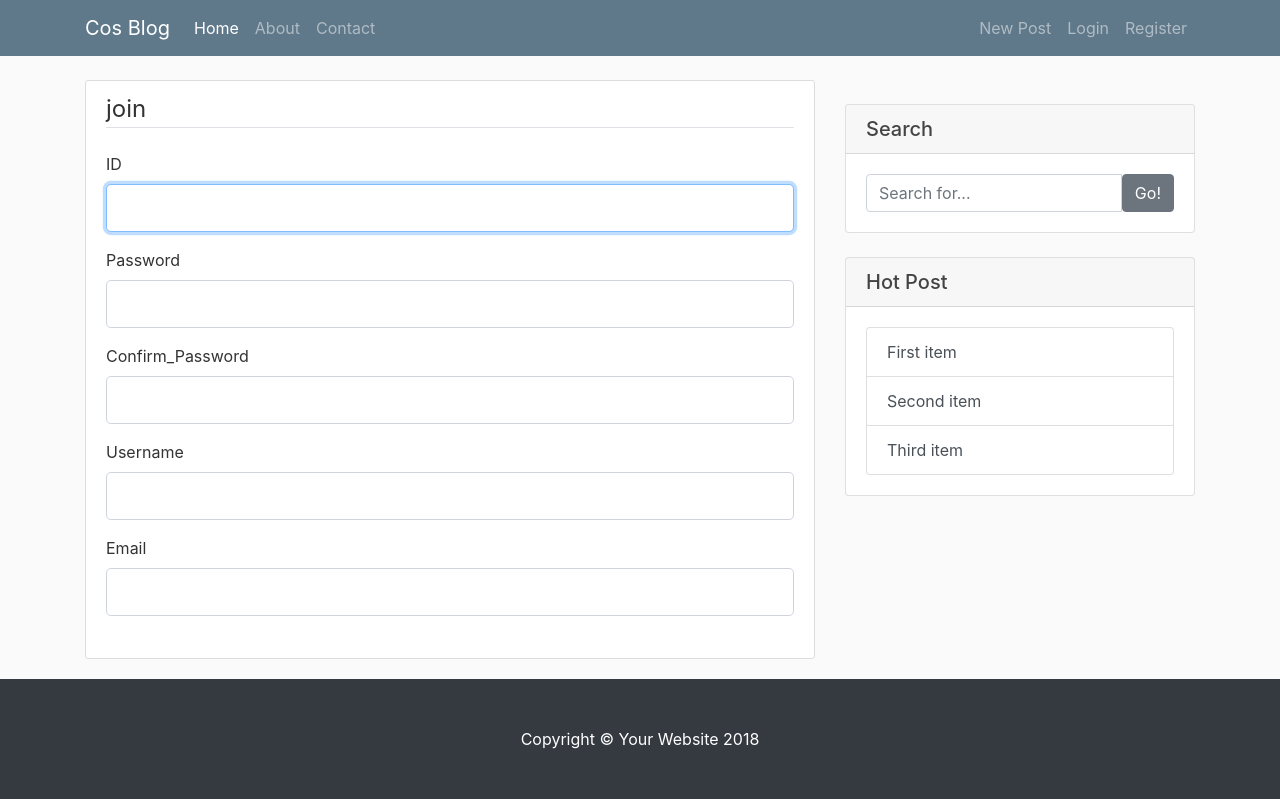
Repository: DogyeKing/blog
Page: http://localhost/blog/member/joinForm.jsp
An editor plug-in stored every save of this project. The page is shown before and after the next save, followed by the edit.
The browser window is 1280 px wide. The pictures show the whole page.
The page is served by Tomcat 9. Other server files are loaded and not shown.

Above is the page before, as saved 2018-08-02 06:19:05.

### blog/blog/WebContent/member/joinForm.jsp
<%@ page language="java" contentType="text/html; charset=UTF-8"
    pageEncoding="UTF-8"%>

<!DOCTYPE html>
<head>

  <meta charset="utf-8">
  <meta name="viewport" content="width=device-width, initial-scale=1, shrink-to-fit=no">
  <meta name="description" content="">
  <meta name="author" content="">

  <title>Cos Blog</title>

  <!-- Bootstrap core CSS -->
  <link href="<%=request.getContextPath()%>/css/bootstrap.css" rel="stylesheet">
  <!-- Bootstrap core JavaScript -->
  <script src="<%=request.getContextPath()%>/js/jquery.min.js"></script>
  <script src="<%=request.getContextPath()%>/js/bootstrap.bundle.min.js"></script>

  <!-- Custom styles for this template -->
  <link href="<%=request.getContextPath()%>/css/blog-home.css" rel="stylesheet">

</head>

<body>
	<!-- Nav Include -->
	<jsp:include page="/include/navigation.jsp"/>

<!-- Page Content -->
<div class="container">
  <div class="row">
    <!-- Blog Entries Column -->
<div class="col-md-8">
	<div class="content-section">
	<form method="POST" action="#">
		<fieldset class="form-group">
			<legend class="border-bottom mb-4">join</legend>
			<div class="form-group">
  			<label class="form-control-label">ID</label>
		  	<input class="form-control form-control-lg" type="text" name="id" maxlength="20" required autofocus>
			</div>

			<div class="form-group">
				<label class="form-control-label">Password</label>
				<input class="form-control form-control-lg" type="password" name="password" maxlength="20" required>
			</div>

			<div class="form-group">
				<label class="form-control-label">Confirm_Password</label>
				<input class="form-control form-control-lg" type="password" name="confirm" maxlength="20" required>
			</div>

			<div class="form-group">
				<label class="form-control-label">Username</label>
				<input class="form-control form-control-lg" type="text" name="username" maxlength="20" required>
			</div>

			<div class="form-group">
				<label class="form-control-label">Email</label>
				<input class="form-control form-control-lg" type="email" name="email" maxlength="20" required>
			</div>

		</fieldset>
	</form>
	</div>
</div>

<!--  SideBar Include -->
	<jsp:include page="../include/sidebar.jsp"/>

<!-- Sidebar Widgets Column -->


</div>
<!-- /.row -->

</div>
<!-- /.container -->

<!-- Footer -->
<footer class="py-5 bg-dark">
  <div class="container">
    <p class="m-0 text-center text-white">Copyright &copy; Your Website 2018</p>
  </div>
  <!-- /.container -->
</footer>

</body>

</html>

### blog/blog/WebContent/include/navigation.jsp
<%@ page language="java" contentType="text/html; charset=UTF-8"
    pageEncoding="UTF-8"%>
<!DOCTYPE html>
  <!-- Navigation -->
 <nav class="navbar navbar-expand-lg navbar-dark bg-steel fixed-top">
   <div class="container">
     <a class="navbar-brand" href="<%=request.getContextPath()%>/main.jsp">Cos Blog</a>
     <button class="navbar-toggler" type="button" data-toggle="collapse" data-target="#navbarResponsive" aria-controls="navbarResponsive" aria-expanded="false" aria-label="Toggle navigation">
       <span class="navbar-toggler-icon"></span>
     </button>
     <div class="collapse navbar-collapse" id="navbarResponsive">
       <div class="navbar-nav">
           <a class="nav-item active nav-link mr-auto" href="#">Home
             <span class="sr-only">(current)</span>
           </a>
           <a class="nav-item nav-link" href="#">About</a>
              <a class="nav-item nav-link" href="#">Contact</a>
       </div>
       <div class="navbar-nav ml-auto">
           <a class="nav-item nav-link" href="#">New Post</a>
           <a class="nav-item nav-link" href="<%=request.getContextPath()%>/member/loginForm.jsp">Login</a>
           <a class="nav-item nav-link" href="<%=request.getContextPath()%>/member/joinForm.jsp">Register</a>
       </div>
     </div>
   </div>
</nav>

### blog/blog/WebContent/include/sidebar.jsp
<%@ page language="java" contentType="text/html; charset=UTF-8"
    pageEncoding="UTF-8"%>
<div class="col-md-4">
  <!-- Search Widget -->
<div class="card my-4">
 <h5 class="card-header">Search</h5>
 <div class="card-body">
   <div class="input-group">
     <input type="text" class="form-control" placeholder="Search for...">
     <span class="input-group-btn">
       <button class="btn btn-secondary" type="button">Go!</button>
     </span>
   </div>
 </div>
</div>

<!-- Categories Widget -->
  <div class="card my-4">
    <h5 class="card-header">Hot Post</h5>
    <div class="card-body">
      <div class="list-group">
        <a href="#" class="list-group-item list-group-item-action">First item</a>
        <a href="#" class="list-group-item list-group-item-action">Second item</a>
        <a href="#" class="list-group-item list-group-item-action">Third item</a>
      </div>
    </div>
  </div>
</div>

### blog/blog/WebContent/css/blog-home.css
body {
	background: #fafafa;
	color: #333333;
	margin-top: 5rem;
}

h1,h2,h3,h4,h5,h6 {
	color: #444444;
}

.bg-steel {
	background-color: #5f788a;
}

.site-header .navbar-nav .nav-link {
	color: #cbd5db;
}

.site-header .navbar-nav .nav-link:hover {
	color: #ffffff;
}

.content-section {
	background: #ffffff;
	padding: 10px 20px;
	border: 1px solid #dddddd;
	border-radius: 3px;
	margin-bottom: 20px;
}

.article-title {
	color: #444444;
}

a.article-title:hover {
	color: #428bca;
	text-decoration: none;
}

.article-content {
	white-space: pre-line;
}

.article-img {
	height: 65px
	width: 65px;
	margin-right: 16px;
}

.article-metadata {
	padding-bottom: 1px;
	margin-bottom: 4px
	border-bottom: 1px solid #e3e3e3;
}

.article-metadata a:hover {
	color: #333;
	text-decoration: none;
}

.article-svg {
	width: 25px;
	height: 25px;
	vertical-align: middle;
}

.account-img {
	height: 125px;
	width: 125px;
	margin-right: 20px;
	margin-bottom: 16px;
}

.account-heading {
	font-size: 2.5rem;
}

Loaded but not shown: blog/blog/WebContent/css/bootstrap.css (library); blog/blog/WebContent/js/jquery.min.js (library); blog/blog/WebContent/js/bootstrap.bundle.min.js (library)

After the next save:
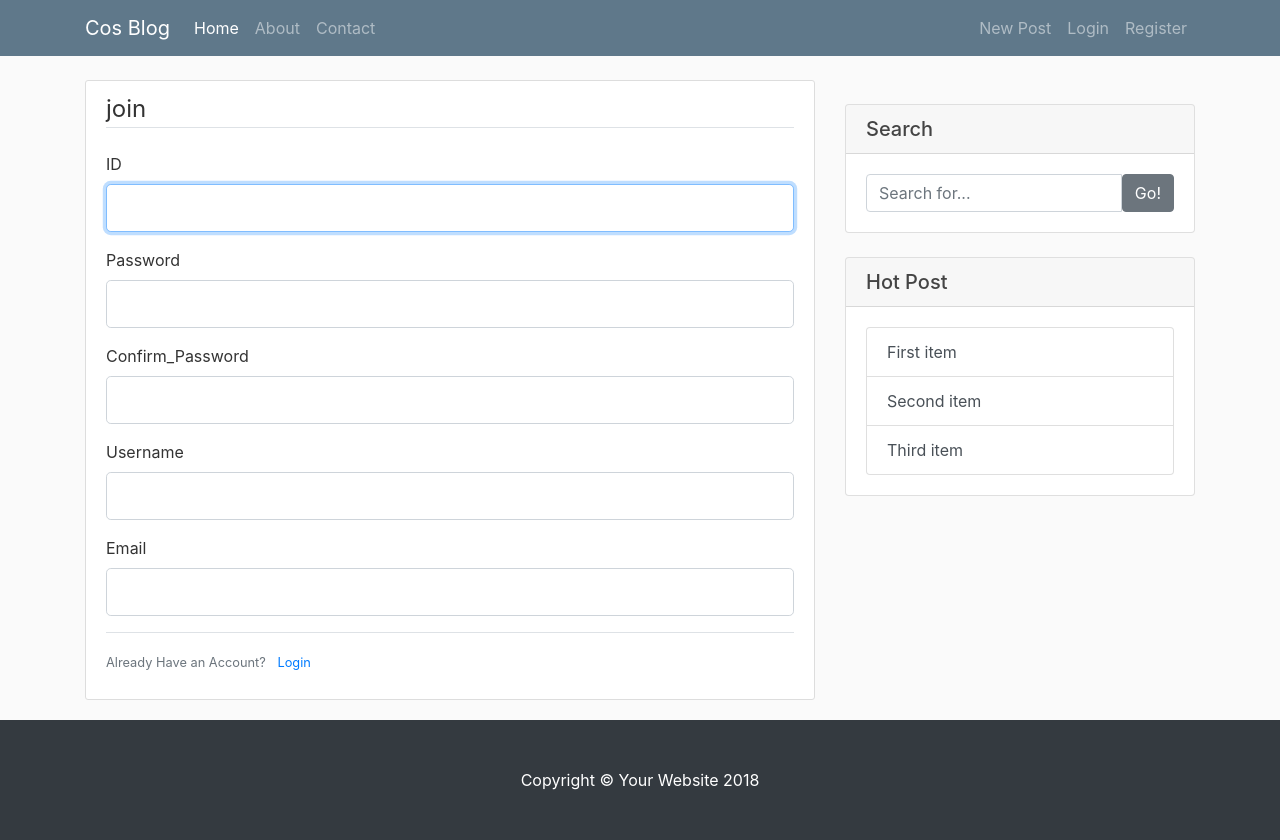
Saved 3 min 3 s later.
--- a/blog/blog/WebContent/member/joinForm.jsp
+++ b/blog/blog/WebContent/member/joinForm.jsp
@@ -59,6 +59,11 @@
 				<label class="form-control-label">Email</label>
 				<input class="form-control form-control-lg" type="email" name="email" maxlength="20" required>
 			</div>
+			<div class="border-top pt-3">
+				<small class="text-muted">
+					Already Have an Account? <a class="ml-2" href="<%=request.getContextPath()%>/member/loginForm.jsp">Login</a>
+				</small>
+			</div>
 
 		</fieldset>
 	</form>
